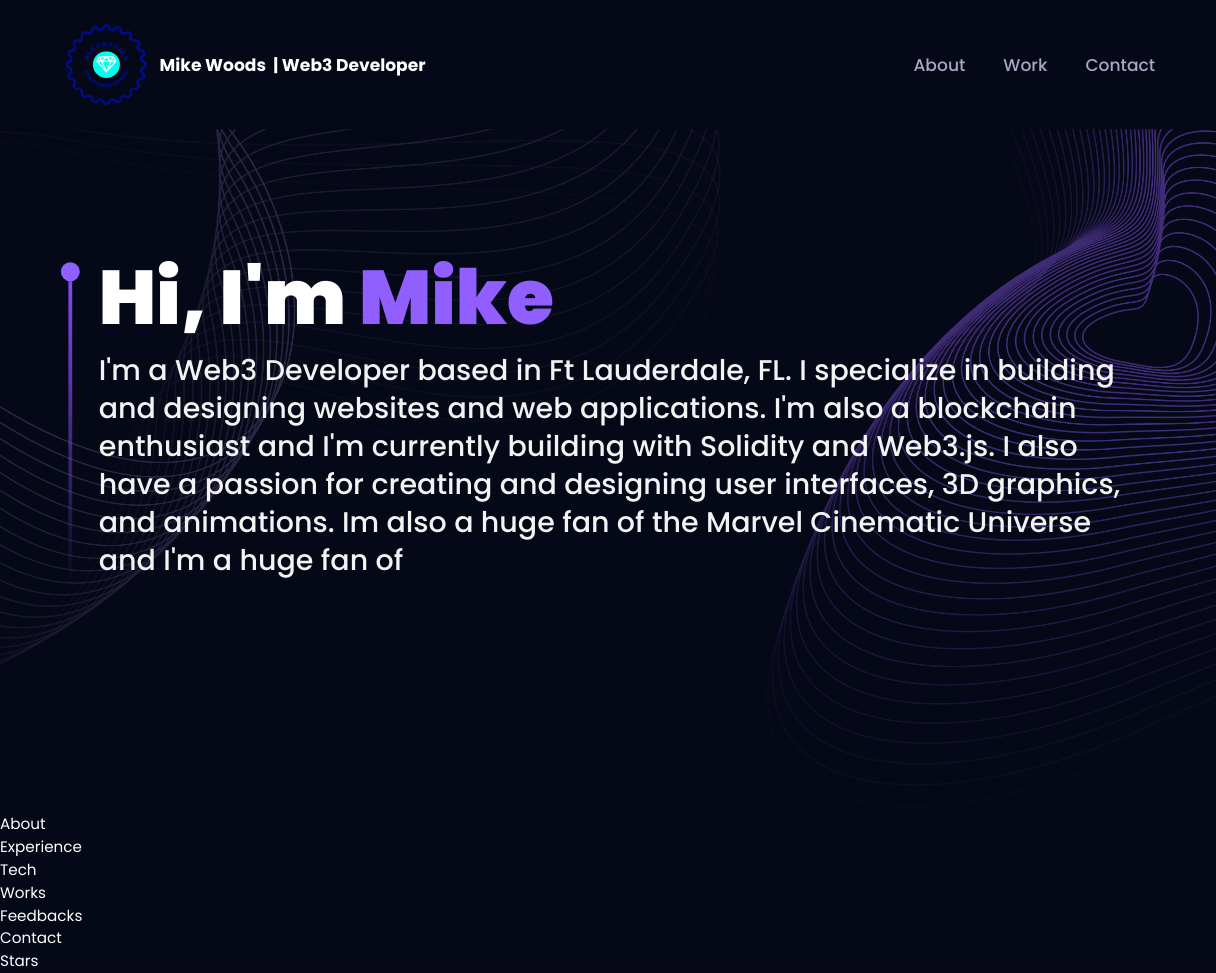
Repository: MikeeBuilds/3D-portfolio
Page: /
An editor plug-in stored every save of this project. The page is shown before and after the next save, followed by the edit.
The browser window is 1280 px wide. The pictures show the whole page, at 95% of full size.
The project was rebuilt for these pictures with package versions that can differ from the ones it lists, and the page was loaded fresh each time. Also part of the build but not shown: vite.config.js, src/components/canvas/Earth.jsx, src/components/canvas/Ball.jsx, src/components/canvas/Computers.jsx.

Above is the page before, as saved 2023-03-04 15:06:11.

After the next save:
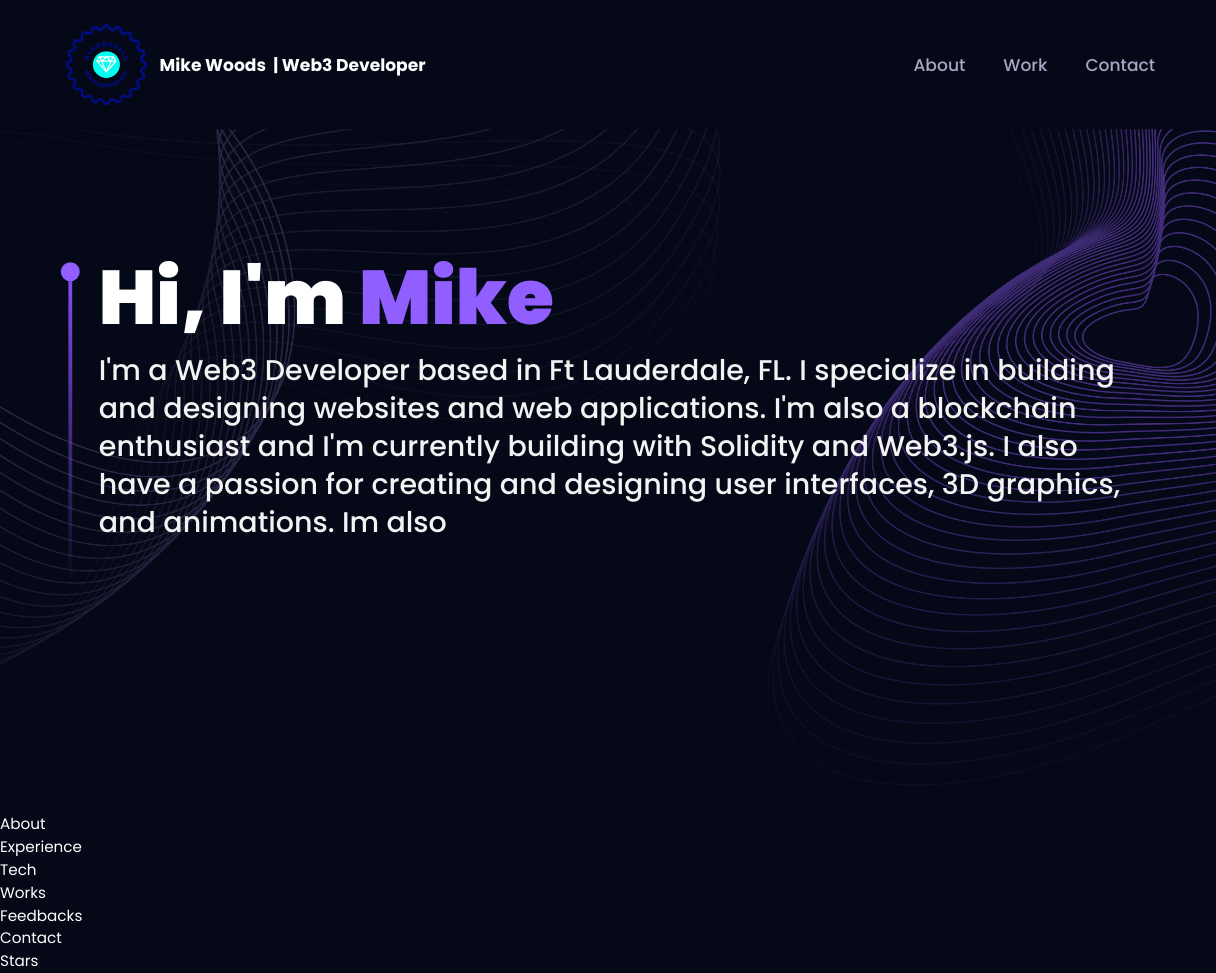
Saved 12 s later.
--- a/src/components/Hero.jsx
+++ b/src/components/Hero.jsx
@@ -21,7 +21,7 @@ const Hero = () => {
                 designing websites and web applications. I'm also a blockchain enthusiast and
                 I'm currently building with Solidity and Web3.js. I also have a passion for
                 creating and designing user interfaces, 3D graphics, and animations.
-                Im also a huge fan of the Marvel Cinematic Universe and I'm a huge fan of
+                Im also
 
             </p>
           </div>
